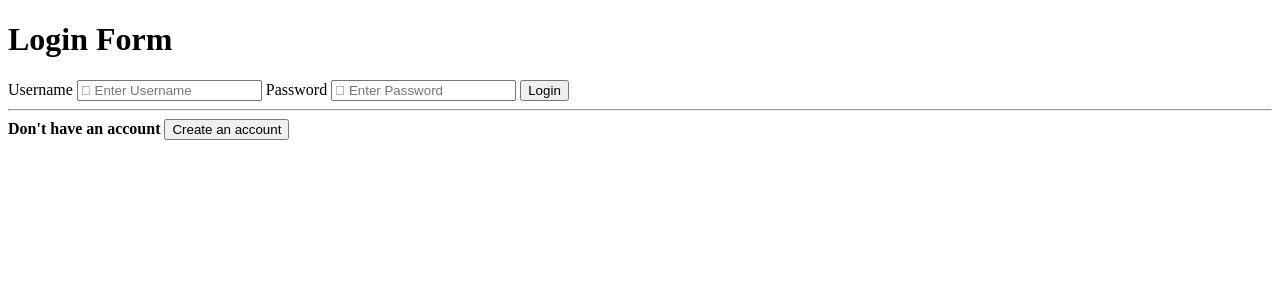
Repository: rohann12/RepairMate
Page: http://localhost/Garage/JSP/login.jsp
These files come from the project's save history. The page is drawn as it stood at one moment and after the next save; the edit follows.
The browser window is 1280 px wide. The pictures show the whole page.
The page is served by Tomcat 9. Other server files are loaded and not shown.

Above is the page before, as saved 2023-06-16 08:35:38.

### Garage/src/main/webapp/JSP/login.jsp
<%@ page language="java" contentType="text/html; charset=UTF-8" pageEncoding="UTF-8"%>
<%@page import="java.util.*" %>
<%@page import="com.database.dbconn" %>
<!DOCTYPE html>
<html>
<head>
  <title>Login Result</title>
  <link rel="stylesheet" type="text/css" href="style.css">
</head>
<body>
<h1>Login Form</h1>
        <form method='POST' action='' id="loginForm" onsubmit="event.preventDefault();validation();">
            <div class='container'>
                <label for='user-name'>Username</label>
                <input type='text' placeholder='&#xf007; Enter Username' name="user-name" id="user-name">
                <span class="error-message" id="username-validation"></span>
                <span class='backend-error-message'>
                    <?=$error_msg?>
                </span>
                <label for='password'>Password</label>
                <input type='password' placeholder='&#xf084; Enter Password' name='password' id="password">
                <span  class="error-message" id="password-validation"></span>
                <span class='backend-error-message'>
                    <?=$error_msg2?>
                </span>
                <button type='submit'>Login</button>
                <hr>
                <span style="text-align:center"><b>Don't have an account</b></span>
                <a href="registration.php"><button type="button">Create an account</button></a>
            </div>
        </form>
  <%-- <!-- <div class="container"> -->
  <h2>Login</h2>
    <form action="login.jsp" method="post">
      <div class="form-group">
        <label for="username">Username:</label>
        <input type="text" id="username" name="username" required>
      </div>
      <div class="form-group">
        <label for="password">Password:</label>
        <input type="password" id="password" name="password" required>
      </div>
      <input type="submit" value="Login">
    </form>




    boolean isValid = false;
   String username = null;
    String password = null;
      username =  request.getParameter("username");
      password = request.getParameter("password");

      // Perform login validation here (e.g., check credentials against a database)

      // Dummy validation for demonstration purposes
     if(username != null && password!=null) {
    	  out.println("hello");
      }else{
    	  username = "admin";
    	  password = "admin";
    	  if(username.equals("admin") && password.equals("admin")){
    		  out.println("user and password");
    	  }
      }
   //   boolean isValid = username.equals("admin") && password.equals("admin123")
    	//	 if (isValid) {
        //out.println("<h2>Login Successful</h2>");
        //out.println("<p>Welcome, " + username + "!</p>");
     } else {
        out.println("<h2>Login Failed</h2>");
        out.println("<p>Invalid username or password.</p>");
      }

  </div>
</body> --%>
</body>

</html>

Loaded but not shown: Garage/src/main/webapp/CSS/style.css (no copy from this time; the picture is the same without it)

After the next save:
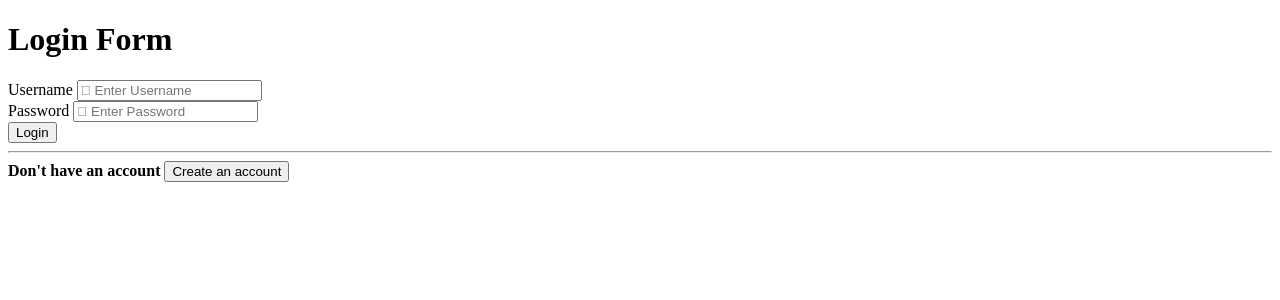
Saved 52 s later.
--- a/Garage/src/main/webapp/JSP/login.jsp
+++ b/Garage/src/main/webapp/JSP/login.jsp
@@ -12,13 +12,13 @@
         <form method='POST' action='' id="loginForm" onsubmit="event.preventDefault();validation();">
             <div class='container'>
                 <label for='user-name'>Username</label>
-                <input type='text' placeholder='&#xf007; Enter Username' name="user-name" id="user-name">
+                <input type='text' placeholder='&#xf007; Enter Username' name="user-name" id="user-name"><br>
                 <span class="error-message" id="username-validation"></span>
                 <span class='backend-error-message'>
                     <?=$error_msg?>
                 </span>
                 <label for='password'>Password</label>
-                <input type='password' placeholder='&#xf084; Enter Password' name='password' id="password">
+                <input type='password' placeholder='&#xf084; Enter Password' name='password' id="password"><br>
                 <span  class="error-message" id="password-validation"></span>
                 <span class='backend-error-message'>
                     <?=$error_msg2?>
